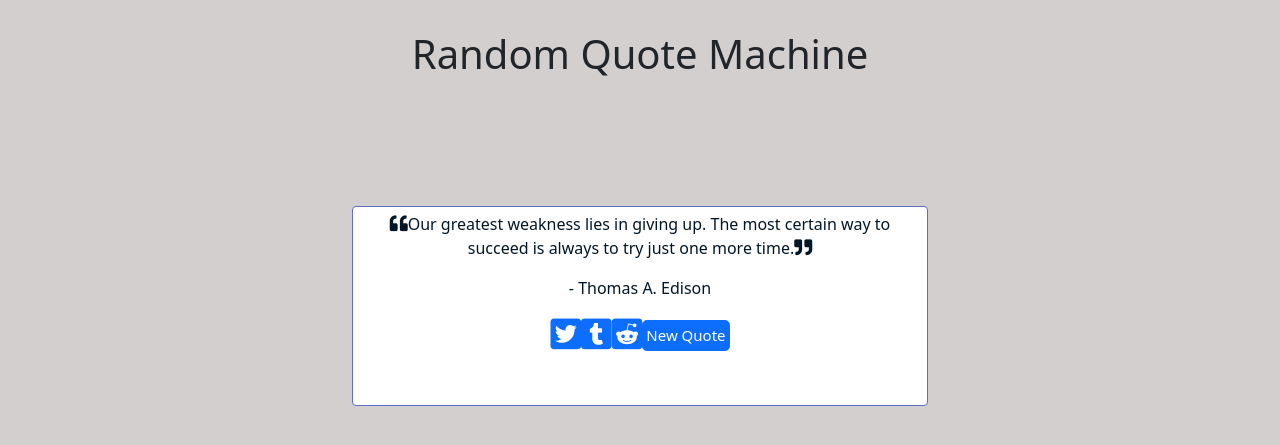
Repository: LuismGil/Random-quote-machine
Page: /
The author's editor kept a copy of each file at every save. The page is drawn from the files as they stood at one save, then again after the next save.
The browser window is 1280 px wide. The pictures show the whole page.
The project was rebuilt for these pictures with package versions that can differ from the ones it lists, and the page was loaded fresh each time.

Above is the page before, as saved 2021-01-27 10:16:36.

### public/index.html
<!DOCTYPE html>
<html lang="en">
  <head>
    <meta charset="utf-8" />
    <link rel="icon" href="%PUBLIC_URL%/favicon.ico" />
    <meta name="viewport" content="width=device-width, initial-scale=1" />
    <meta name="theme-color" content="#000000" />
    <meta
      name="description"
      content="Web site created using create-react-app"
    />
    <link rel="apple-touch-icon" href="%PUBLIC_URL%/logo192.png" />
    <!--
      manifest.json provides metadata used when your web app is installed on a
      user's mobile device or desktop. See https://developers.google.com/web/fundamentals/web-app-manifest/
    -->
    <link rel="manifest" href="%PUBLIC_URL%/manifest.json" />
    <!--
      Notice the use of %PUBLIC_URL% in the tags above.
      It will be replaced with the URL of the `public` folder during the build.
      Only files inside the `public` folder can be referenced from the HTML.

      Unlike "/favicon.ico" or "favicon.ico", "%PUBLIC_URL%/favicon.ico" will
      work correctly both with client-side routing and a non-root public URL.
      Learn how to configure a non-root public URL by running `npm run build`.
    -->
    <link
      href="https://cdn.jsdelivr.net/npm/bootstrap@5.0.0-beta1/dist/css/bootstrap.min.css"
      rel="stylesheet"
      integrity="sha384-giJF6kkoqNQ00vy+HMDP7azOuL0xtbfIcaT9wjKHr8RbDVddVHyTfAAsrekwKmP1"
      crossorigin="anonymous"
    />
    <link
      rel="stylesheet"
      href="https://cdnjs.cloudflare.com/ajax/libs/font-awesome/5.15.2/css/all.min.css"
      integrity="sha512-HK5fgLBL+xu6dm/Ii3z4xhlSUyZgTT9tuc/hSrtw6uzJOvgRr2a9jyxxT1ely+B+xFAmJKVSTbpM/CuL7qxO8w=="
      crossorigin="anonymous"
    />
    <title>Random Quote Machine</title>
  </head>
  <body>
    <noscript>You need to enable JavaScript to run this app.</noscript>
    <div id="root"></div>
    <!--
      This HTML file is a template.
      If you open it directly in the browser, you will see an empty page.

      You can add webfonts, meta tags, or analytics to this file.
      The build step will place the bundled scripts into the <body> tag.

      To begin the development, run `npm start` or `yarn start`.
      To create a production bundle, use `npm run build` or `yarn build`.
    -->
  </body>
</html>

### src/index.js
import React from 'react';
import ReactDOM from 'react-dom';
import './index.css';
//import App from './App';

const quotes = [
  {
    quote:
      'Our greatest weakness lies in giving up. The most certain way to succeed is always to try just one more time.',
    author: '- Thomas A. Edison',
  },
  {
    quote: 'You must expect great things of yourself before you can do them.',
    author: '- Michael Jordan',
  },
  {
    quote:
      'Obstacles are necessary for success because in selling, as in all careers of importance, victory comes only after many struggles and countless defeats.',
    author: '- Og Mandino',
  },
  {
    quote:
      'It is during our darkest moments that we must focus to see the light.',
    author: '- Aristotle Onassis',
  },
  {
    quote:
      'We can easily forgive a child who is afraid of the dark; the real tragedy of life is when men are afraid of the light.',
    author: '- Plato',
  },
  {
    quote: 'The only thing we have to fear is fear itself.',
    author: '- Franklin D. Roosevelt',
  },
  {
    quote:
      'Only put off until tomorrow what you are willing to die having left undone.',
    author: '- Pablo Picasso',
  },
  {
    quote:
      'The greater danger for most of us isn’t that our aim is too high and miss it, but that it is too low and we reach it.',
    author: '- Michelangelo',
  },
  {
    quote: 'A goal properly set is halfway reached.',
    author: '- Zig Ziglar',
  },
  {
    quote:
      'Our goals can only be reached through a vehicle of a plan, in which we must fervently believe, and upon which we must vigorously act. There is no other route to success.',
    author: '- Pablo Picasso',
  },
];

const colors = [
  '#011627',
  '#f3C677',
  '#2EC4B6',
  '#E71D36',
  '#5C80BC',
  '#CF1259',
  '#8B1E3F',
  '#DB4C4O',
  '#DDDBF1',
];

class QuoteBox extends React.Component {
  constructor(props) {
    super(props);
    // No llames this.setState() aquí!
    this.state = {
      quote: quotes[0].quote,
      author: quotes[0].author,
      color: colors[0],
    };
    this.handleClick = this.handleClick.bind(this);
  }

  handleClick = () => {
    let randomQuote = Math.floor(Math.random() * quotes.length);
    let newQuote = quotes[randomQuote];
    let randomColor = Math.floor(Math.random() * colors.length);
    let newColor = colors[randomColor];

    console.log('click aqui funciona?');
    this.setState({
      quote: newQuote.quote,
      author: newQuote.author,
      color: newColor,
    });
  };

  render() {
    return (
      <div id="quote-box">
        <h1>Random Quote Machine</h1>
        <div className="quote-card">
          <NewQuote quote={this.state} />
          {/* handlerClick={this.handleClick} quote={this.state} */}

          <div>
            <a id="tweet-quote" href="#">
              <i className="fab fa-twitter-square icon" />
            </a>
            <a href="#" role="button">
              <i className="fab fa-tumblr-square icon" />
            </a>
            <a href="#">
              <i className="fab fa-reddit-square icon" />
            </a>
            <button
              id="new-quote"
              type="submit"
              className="btn btn-primary btn-lg"
              onClick={this.handleClick}
            >
              New Quote
            </button>
          </div>
        </div>
      </div>
    );
  }
}

const NewQuote = props => {
  const { quote } = props;

  return (
    <div style={{ color: quote.color }}>
      <p>
        <i className="fas fa-quote-left quote-icon"></i>
        {quote.quote}
        <i className="fas fa-quote-right quote-icon"></i>
      </p>
      <p id="author">{quote.author} </p>
    </div>
  );
};

ReactDOM.render(<QuoteBox />, document.getElementById('root'));

### src/index.css
body {
  background-color: rgb(211, 207, 207);
}

h1 {
  margin-top: 30px;
  text-align: center;
}

.quote-card {
  height: 200px;
  display: flex;
  flex-direction: column;
  text-align: center;
  background-color: white;
  margin: 10% auto;
  box-sizing: border-box;
  width: 45%;
  border: solid #5b6dcd 1px;
  border-radius: 4px;
  padding: 5px;
}

i {
  font-size: 35px;
}

.quote-icon {
  font-size: 18px;
}

#new-quote {
  font-size: 15px;
  padding: 3px;
  margin-bottom: 14px;
}

After the next save:
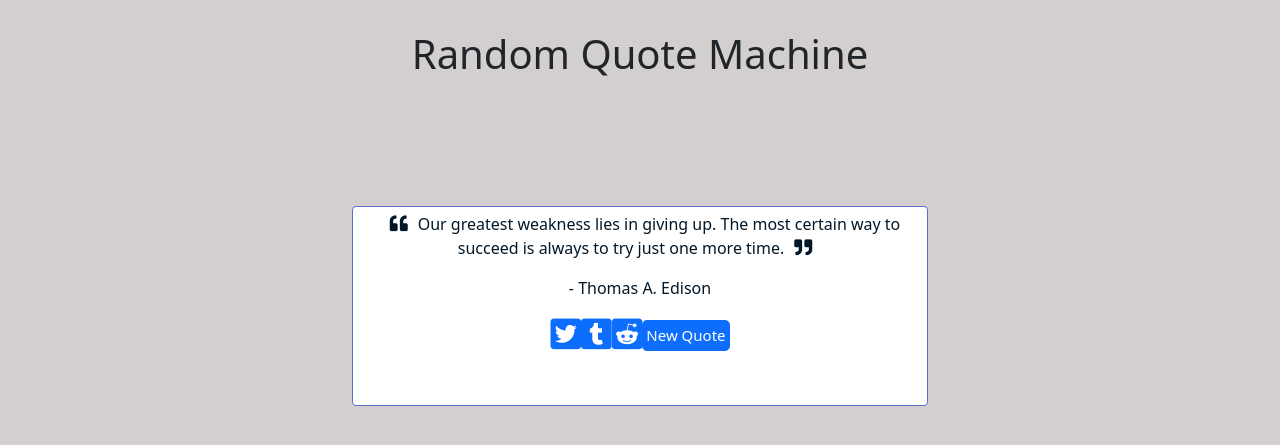
Saved 26 s later.
--- a/src/index.css
+++ b/src/index.css
@@ -27,6 +27,7 @@ i {
 
 .quote-icon {
   font-size: 18px;
+  margin: 0 10px;
 }
 
 #new-quote {
